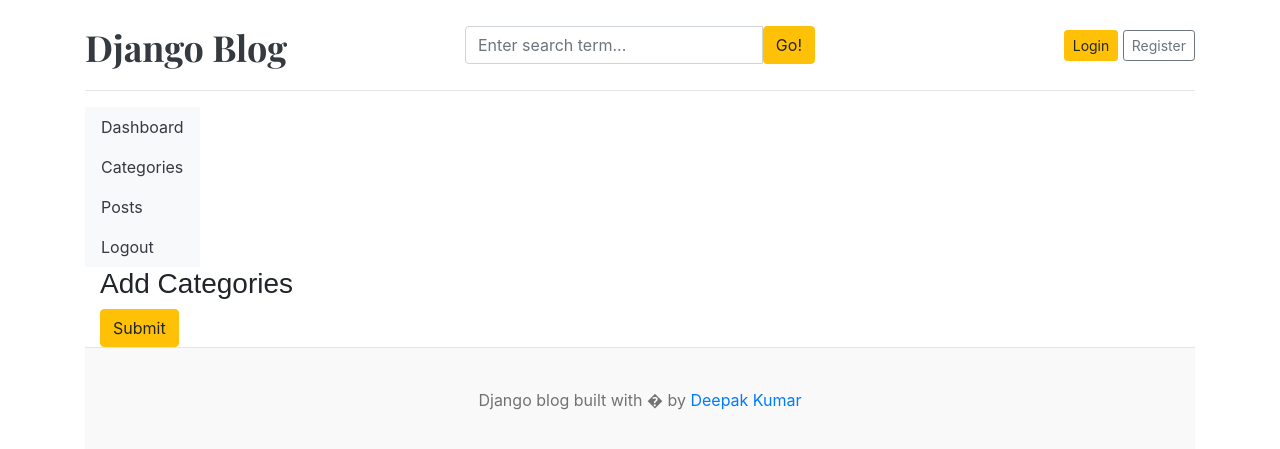
Repository: vijayholve/Blog-Website-Django
Page: templates/dashboard/add_categories.html
The author's editor kept a copy of each file at every save. The page is drawn from the files as they stood at one save, then again after the next save.
The browser window is 1280 px wide. The pictures show the whole page.
The template is drawn by Django 5.2. The application's start-up code is not run. Other server files are loaded and not shown. The template is opened directly, without the code that normally fills it, so the values that code supplies are empty.

Above is the page before, as saved 2025-01-29 15:47:50.

### templates/dashboard/add_categories.html
{% extends '../base/base.html' %}

{% block content %}
<div class="container-fluid">
    <!-- left sidebar -->
    {% include './leftsidebar.html' %}


    <!-- right sidebar -->
    <div class="">
        <h3>Add Categories</h3>

      <form action="" method="POST" style="width: 500px;">
        {% csrf_token %}
        {{ form  }}
        <button type="submit" class="btn btn-warning">Submit</button>
      </form>
    </div>
</div>

{% endblock %}

### templates/base/base.html
<!-- Header part -->
{% include './header.html' %}

<!-- Main content part -->
{% block content %}

{% endblock %}

<!-- Footer -->
{% include './footer.html' %}

### templates/base/header.html
{% load static %}
<!DOCTYPE html>
<html lang="en">
<head>
    <meta charset="UTF-8">
    <meta http-equiv="X-UA-Compatible" content="IE=edge">
    <meta name="viewport" content="width=device-width, initial-scale=1.0">
    <title>SM Joshi Blogs</title>
    <link href="https://getbootstrap.com/docs/4.0/dist/css/bootstrap.min.css" rel="stylesheet">
    <link href="https://fonts.googleapis.com/css?family=Playfair+Display:700,900" rel="stylesheet">
    <link href="{% static 'css/blog.css' %}" rel="stylesheet">
    <link href="{% static 'css/Navbar.css' %}" rel="stylesheet">
    <link rel="stylesheet" href="https://cdn.jsdelivr.net/npm/bootstrap@4.4.1/dist/css/bootstrap.min.css" integrity="sha384-Vkoo8x4CGsO3+Hhxv8T/Q5PaXtkKtu6ug5TOeNV6gBiFeWPGFN9MuhOf23Q9Ifjh" crossorigin="anonymous">
    <link rel="stylesheet" href="https://cdnjs.cloudflare.com/ajax/libs/font-awesome/4.7.0/css/font-awesome.min.css">
  </head>
<body>
    <div class="container">
      <header class="blog-header py-3">
        <div class="row flex-nowrap justify-content-between align-items-center">
          <div class="col-4 pt-1">
            <a class="blog-header-logo text-dark" href="/">Django Blog</a>
          </div>
          <div class="col-4">
            <form action="{% url 'search' %}" method="GET">
              <div class="input-group">
                <input class="form-control" name="keyword" type="text" placeholder="Enter search term..." aria-label="Enter search term..." aria-describedby="button-search" />
                <button type="submit" class="btn btn-warning" id="button-search" type="button">Go!</button>
            </div>
            </form>
          </div>

          <div class="col-4 d-flex justify-content-end align-items-center">
            {% if not user.is_authenticated %}
            <a class="btn btn-sm btn-warning" href="{% url 'login' %}">Login</a> &nbsp;
            <a class="btn btn-sm btn-outline-secondary" href="{% url 'register' %}">Register</a>
            {% else %}
            <span><a href="{% url 'dashboard' %}" class="btn btn-warning">Dashboard</a></span> &nbsp;
            <span><a href="{% url 'logout' %}">Logout</a></span>
            {% endif %}
          </div>
        </div>
      </header>

      <div class="nav-scroller py-1 mb-2">
        <nav class="nav d-flex justify-content-between">
          {% for cat in categories %}
          <a class="p-2 text-muted" href="{% url 'posts_by_category' cat.id  %}">{{ cat.category_name }}</a>
          {% endfor %}
        </nav>
      </div>

### templates/dashboard/leftsidebar.html
<div class="row">
    <div class="nav flex-column nav-pills bg-light aria-orientation='vertical'">
        <a href="{% url 'dashboard' %}" class="nav-link text-dark {% if '/dashboard/' == request.path %} bg-warning {% endif %}">Dashboard</a>
         {% if perms.auth.view_user %}
          <a href="{% url 'users' %}" class="nav-link text-dark {% if '/users/' in request.path %} bg-warning {% endif %}">Users</a>
        {% endif %}
        <a href="{% url 'categories' %}" class="nav-link text-dark {% if '/categories/' in request.path %} bg-warning {% endif %}">Categories</a>
        <a href="{% url 'posts' %}" class="nav-link text-dark {% if '/posts/' in request.path %} bg-warning {% endif %}">Posts</a>
        <a href="" class="nav-link text-dark">Logout</a>
    </div>
</div>

### templates/base/footer.html
<footer class="blog-footer">
    <p>Django blog built with � by <a href="#">Deepak Kumar</a></p>
  </footer>
  </body>
  </html>

### static/css/blog.css
/* stylelint-disable selector-list-comma-newline-after */

.blog-header {
  border-bottom: 1px solid #e5e5e5;
}

.blog-header-logo {
  font-family: "Playfair Display", Georgia, "Times New Roman", serif/*rtl:Amiri, Georgia, "Times New Roman", serif*/;
  font-size: 2.25rem;
}

.blog-header-logo:hover {
  text-decoration: none;
}

h1, h2, h3, h4, h5, h6 {
  font-family: "Playfair Display", Georgia, "Times New Roman", serif/*rtl:Amiri, Georgia, "Times New Roman", serif*/;
}

.display-4 {
  font-size: 2.5rem;
}
@media (min-width: 768px) {
  .display-4 {
    font-size: 3rem;
  }
}

.flex-auto {
  flex: 0 0 auto;
}

.h-250 { height: 250px; }
@media (min-width: 768px) {
  .h-md-250 { height: 250px; }
}

/* Pagination */
.blog-pagination {
  margin-bottom: 4rem;
}

/*
 * Blog posts
 */
.blog-post {
  margin-bottom: 4rem;
}
.blog-post-title {
  font-size: 2.5rem;
}
.blog-post-meta {
  margin-bottom: 1.25rem;
  color: #727272;
}

/*
 * Footer
 */
.blog-footer {
  padding: 2.5rem 0;
  color: #727272;
  text-align: center;
  background-color: #f9f9f9;
  border-top: .05rem solid #e5e5e5;
}
.blog-footer p:last-child {
  margin-bottom: 0;
}

### static/css/Navbar.css
:root {
    --font-family-sans-serif: "Open Sans", -apple-system, BlinkMacSystemFont,
    "Segoe UI", Roboto, "Helvetica Neue", Arial, sans-serif, "Apple Color Emoji",
    "Segoe UI Emoji", "Segoe UI Symbol", "Noto Color Emoji";
}

*, *::before, *::after {
    -webkit-box-sizing: border-box;
    box-sizing: border-box;
}

html {
    font-family: sans-serif;
    line-height: 1.15;
    -webkit-text-size-adjust: 100%;
    -webkit-tap-highlight-color: rgba(0, 0, 0, 0);
}

nav {
    display: block;
}

body {
    margin: 0;
    font-family: "Open Sans", -apple-system, BlinkMacSystemFont, "Segoe UI",
    Roboto, "Helvetica Neue", Arial, sans-serif, "Apple Color Emoji",
    "Segoe UI Emoji", "Segoe UI Symbol", "Noto Color Emoji";
    font-size: 1rem;
    font-weight: 400;
    line-height: 1.5;
    color: #515151;
    text-align: left;
    background-color: #e9edf4;
}

h1, h2, h3, h4, h5, h6 {
    margin-top: 0;
    margin-bottom: 0.5rem;
}

p {
    margin-top: 0;
    margin-bottom: 1rem;
}

a {
    color: #3f84fc;
    text-decoration: none;
    background-color: transparent;
}

a:hover {
    color: #0458eb;
    text-decoration: underline;
}

h1, h2, h3, h4, h5, h6, .h1, .h2, .h3, .h4, .h5, .h6 {
    font-family: "Nunito", sans-serif;
    margin-bottom: 0.5rem;
    font-weight: 500;
    line-height: 1.2;
}

h1, .h1 {
    font-size: 2.5rem;
    font-weight: normal;
}

.card {
    position: relative;
    display: -webkit-box;
    display: -webkit-flex;
    display: -ms-flexbox;
    display: flex;
    -webkit-box-orient: vertical;
    -webkit-box-direction: normal;
    -webkit-flex-direction: column;
    -ms-flex-direction: column;
    flex-direction: column;
    min-width: 0;
    word-wrap: break-word;
    background-color: #fff;
    background-clip: border-box;
    border: 1px solid rgba(0, 0, 0, 0.125);
    border-radius: 0;
}

.card-body {
    -webkit-box-flex: 1;
    -webkit-flex: 1 1 auto;
    -ms-flex: 1 1 auto;
    flex: 1 1 auto;
    padding: 1.25rem;
}

.card-header {
    padding: 0.75rem 1.25rem;
    margin-bottom: 0;
    background-color: rgba(0, 0, 0, 0.03);
    border-bottom: 1px solid rgba(0, 0, 0, 0.125);
    text-align: center;
}

.dashboard {
    display: -webkit-box;
    display: -webkit-flex;
    display: -ms-flexbox;
    display: flex;
    min-height: 100vh;
}

.dashboard-app {
    display: -webkit-box;
    display: -webkit-flex;
    display: -ms-flexbox;
    display: flex;
    -webkit-box-orient: vertical;
    -webkit-box-direction: normal;
    -webkit-flex-direction: column;
    -ms-flex-direction: column;
    flex-direction: column;
    -webkit-box-flex: 2;
    -webkit-flex-grow: 2;
    -ms-flex-positive: 2;
    flex-grow: 2;
    margin-top: 84px;
}

.dashboard-content {
    -webkit-box-flex: 2;
    -webkit-flex-grow: 2;
    -ms-flex-positive: 2;
    flex-grow: 2;
    padding: 25px;
}

.dashboard-nav {
    min-width: 238px;
    position: fixed;
    left: 0;
    top: 0;
    bottom: 0;
    overflow: auto;
    background-color: #373193;
}

.dashboard-compact .dashboard-nav {
    display: none;
}

.dashboard-nav header {
    min-height: 84px;
    padding: 8px 27px;
    display: -webkit-box;
    display: -webkit-flex;
    display: -ms-flexbox;
    display: flex;
    -webkit-box-pack: center;
    -webkit-justify-content: center;
    -ms-flex-pack: center;
    justify-content: center;
    -webkit-box-align: center;
    -webkit-align-items: center;
    -ms-flex-align: center;
    align-items: center;
}

.dashboard-nav header .menu-toggle {
    display: none;
    margin-right: auto;
}

.dashboard-nav a {
    color: #515151;
}

.dashboard-nav a:hover {
    text-decoration: none;
}

.dashboard-nav {
    background-color: #443ea2;
}

.dashboard-nav a {
    color: #fff;
}

.brand-logo {
    font-family: "Nunito", sans-serif;
    font-weight: bold;
    font-size: 20px;
    display: -webkit-box;
    display: -webkit-flex;
    display: -ms-flexbox;
    display: flex;
    color: #515151;
    -webkit-box-align: center;
    -webkit-align-items: center;
    -ms-flex-align: center;
    align-items: center;
}

.brand-logo:focus, .brand-logo:active, .brand-logo:hover {
    color: #dbdbdb;
    text-decoration: none;
}

.brand-logo i {
    color: #d2d1d1;
    font-size: 27px;
    margin-right: 10px;
}

.dashboard-nav-list {
    display: -webkit-box;
    display: -webkit-flex;
    display: -ms-flexbox;
    display: flex;
    -webkit-box-orient: vertical;
    -webkit-box-direction: normal;
    -webkit-flex-direction: column;
    -ms-flex-direction: column;
    flex-direction: column;
}

.dashboard-nav-item {
    min-height: 56px;
    padding: 8px 20px 8px 70px;
    display: -webkit-box;
    display: -webkit-flex;
    display: -ms-flexbox;
    display: flex;
    -webkit-box-align: center;
    -webkit-align-items: center;
    -ms-flex-align: center;
    align-items: center;
    letter-spacing: 0.02em;
    transition: ease-out 0.5s;
}

.dashboard-nav-item i {
    width: 36px;
    font-size: 19px;
    margin-left: -40px;
}

.dashboard-nav-item:hover {
    background: rgba(255, 255, 255, 0.04);
}

.active {
    background: rgba(0, 0, 0, 0.1);
}

.dashboard-nav-dropdown {
    display: -webkit-box;
    display: -webkit-flex;
    display: -ms-flexbox;
    display: flex;
    -webkit-box-orient: vertical;
    -webkit-box-direction: normal;
    -webkit-flex-direction: column;
    -ms-flex-direction: column;
    flex-direction: column;
}

.dashboard-nav-dropdown.show {
    background: rgba(255, 255, 255, 0.04);
}

.dashboard-nav-dropdown.show > .dashboard-nav-dropdown-toggle {
    font-weight: bold;
}

.dashboard-nav-dropdown.show > .dashboard-nav-dropdown-toggle:after {
    -webkit-transform: none;
    -o-transform: none;
    transform: none;
}

.dashboard-nav-dropdown.show > .dashboard-nav-dropdown-menu {
    display: -webkit-box;
    display: -webkit-flex;
    display: -ms-flexbox;
    display: flex;
}

.dashboard-nav-dropdown-toggle:after {
    content: "";
    margin-left: auto;
    display: inline-block;
    width: 0;
    height: 0;
    border-left: 5px solid transparent;
    border-right: 5px solid transparent;
    border-top: 5px solid rgba(81, 81, 81, 0.8);
    -webkit-transform: rotate(90deg);
    -o-transform: rotate(90deg);
    transform: rotate(90deg);
}

.dashboard-nav .dashboard-nav-dropdown-toggle:after {
    border-top-color: rgba(255, 255, 255, 0.72);
}

.dashboard-nav-dropdown-menu {
    display: none;
    -webkit-box-orient: vertical;
    -webkit-box-direction: normal;
    -webkit-flex-direction: column;
    -ms-flex-direction: column;
    flex-direction: column;
}

.dashboard-nav-dropdown-item {
    min-height: 40px;
    padding: 8px 20px 8px 70px;
    display: -webkit-box;
    display: -webkit-flex;
    display: -ms-flexbox;
    display: flex;
    -webkit-box-align: center;
    -webkit-align-items: center;
    -ms-flex-align: center;
    align-items: center;
    transition: ease-out 0.5s;
}

.dashboard-nav-dropdown-item:hover {
    background: rgba(255, 255, 255, 0.04);
}

.menu-toggle {
    position: relative;
    width: 42px;
    height: 42px;
    display: -webkit-box;
    display: -webkit-flex;
    display: -ms-flexbox;
    display: flex;
    -webkit-box-align: center;
    -webkit-align-items: center;
    -ms-flex-align: center;
    align-items: center;
    -webkit-box-pack: center;
    -webkit-justify-content: center;
    -ms-flex-pack: center;
    justify-content: center;
    color: #443ea2;
}

.menu-toggle:hover, .menu-toggle:active, .menu-toggle:focus {
    text-decoration: none;
    color: #875de5;
}

.menu-toggle i {
    font-size: 20px;
}

.dashboard-toolbar {
    min-height: 84px;
    background-color: #dfdfdf;
    display: -webkit-box;
    display: -webkit-flex;
    display: -ms-flexbox;
    display: flex;
    -webkit-box-align: center;
    -webkit-align-items: center;
    -ms-flex-align: center;
    align-items: center;
    padding: 8px 27px;
    position: fixed;
    top: 0;
    right: 0;
    left: 0;
    z-index: 1000;
}

.nav-item-divider {
    height: 1px;
    margin: 1rem 0;
    overflow: hidden;
    background-color: rgba(236, 238, 239, 0.3);
}

@media (min-width: 992px) {
    .dashboard-app {
        margin-left: 238px;
    }

    .dashboard-compact .dashboard-app {
        margin-left: 0;
    }
}


@media (max-width: 768px) {
    .dashboard-content {
        padding: 15px 0px;
    }
}

@media (max-width: 992px) {
    .dashboard-nav {
        display: none;
        position: fixed;
        top: 0;
        right: 0;
        left: 0;
        bottom: 0;
        z-index: 1070;
    }

    .dashboard-nav.mobile-show {
        display: block;
    }
}

@media (max-width: 992px) {
    .dashboard-nav header .menu-toggle {
        display: -webkit-box;
        display: -webkit-flex;
        display: -ms-flexbox;
        display: flex;
    }
}

@media (min-width: 992px) {
    .dashboard-toolbar {
        left: 238px;
    }

    .dashboard-compact .dashboard-toolbar {
        left: 0;
    }
}

After the next save:
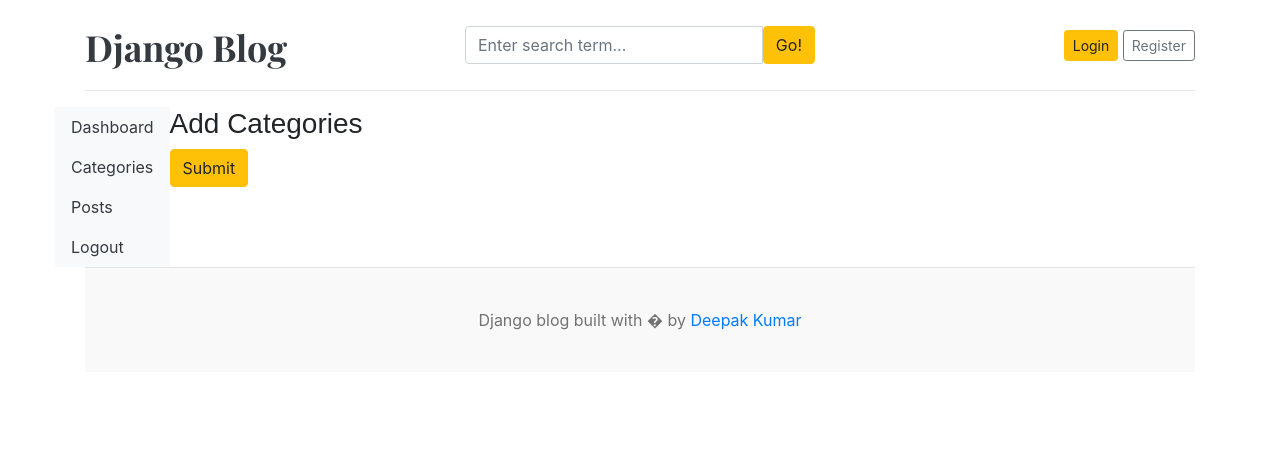
Saved 30 s later.
--- a/templates/dashboard/add_categories.html
+++ b/templates/dashboard/add_categories.html
@@ -1,13 +1,13 @@
 {% extends '../base/base.html' %}
 
 {% block content %}
-<div class="container-fluid">
+<div class="row">
     <!-- left sidebar -->
     {% include './leftsidebar.html' %}
 
 
     <!-- right sidebar -->
-    <div class="">
+    <div class="col-md-9">
         <h3>Add Categories</h3>
 
       <form action="" method="POST" style="width: 500px;">
